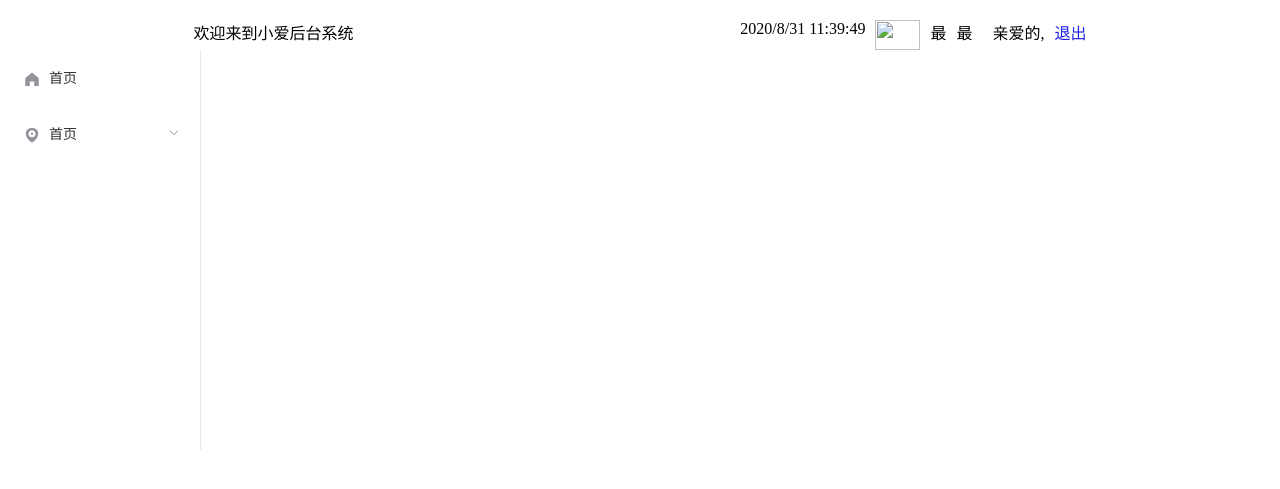
Repository: wujingwenwu/system
Page: /
An editor plug-in stored every save of this project. The page is shown before and after the next save, followed by the edit.
The browser window is 1280 px wide. The pictures show the whole page.
The page's requests for data from a server got no answer. The project was rebuilt for these pictures with package versions that can differ from the ones it lists, and the page was loaded fresh each time. No one was signed in, and anything a server would have sent is missing. Also part of the build but not shown: vue.config.js.

Above is the page before, as saved 2020-08-31 14:55:11.

After the next save:
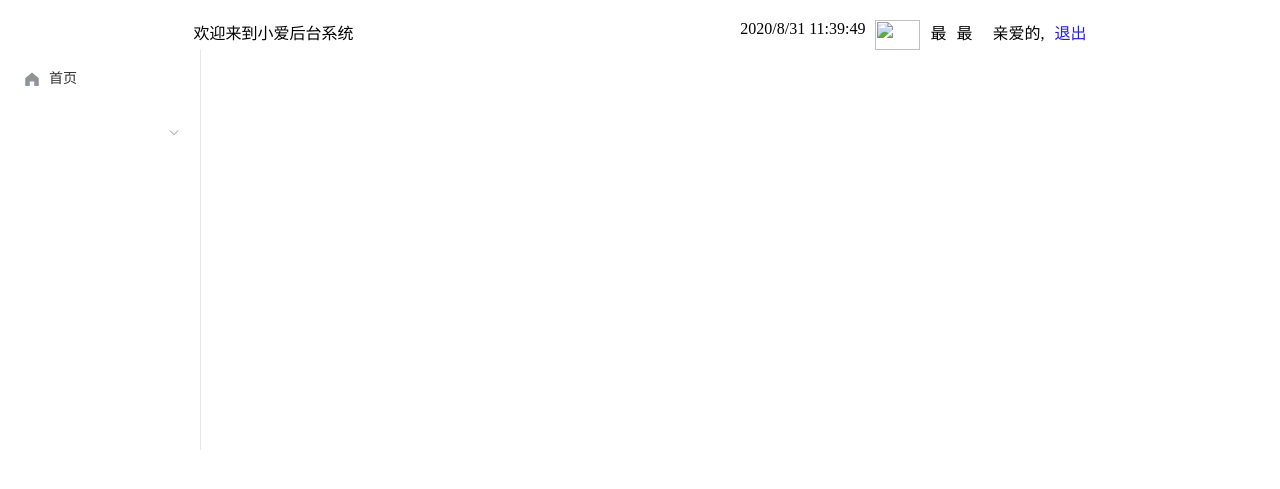
Saved 73 s later.
--- a/src/views/publics/Public.vue
+++ b/src/views/publics/Public.vue
@@ -26,8 +26,9 @@
       </el-menu-item>
       <el-submenu index="1">
         <template slot="title">
-          <i class="el-icon-location"></i>
-          <span>首页</span>
+         <div v-for="(item,index) in getMenus" :key="index">
+         <div></div>
+         </div>
         </template>
         <el-menu-item-group>
           <el-menu-item index="1-1">选项1</el-menu-item>
